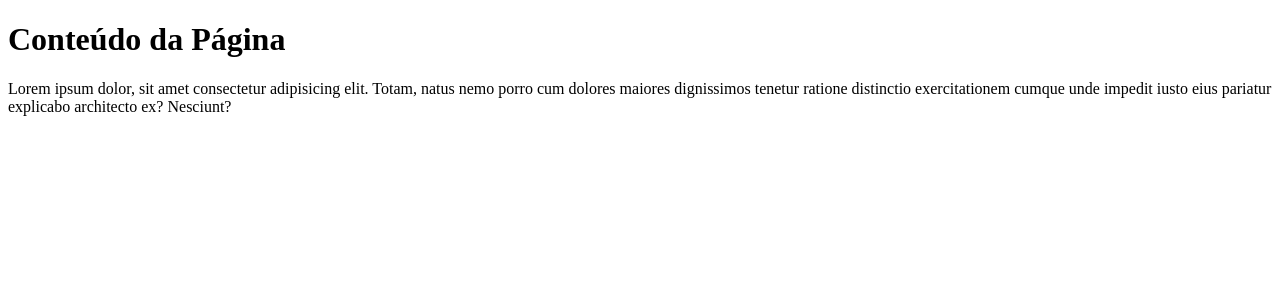
Repository: robsonwssantos/Projeto_Olaria
Page: aula02/index.html
The author's editor kept a copy of each file at every save. The page is drawn from the files as they stood at one save, then again after the next save.
The browser window is 1280 px wide. The pictures show the whole page.

Above is the page before, as saved 2023-04-11 20:12:42.

### aula02/index.html
<!DOCTYPE html>
<html lang="pt-BR">
<head>
    <meta charset="UTF-8">
    <meta http-equiv="X-UA-Compatible" content="IE=edge">
    <meta name="viewport" content="width=device-width, initial-scale=1.0">
    <title>Título da Página</title>
</head>
<body>
    <h1>Conteúdo da Página</h1>
    <p>Lorem ipsum dolor, sit amet consectetur adipisicing elit. Totam, natus nemo porro cum dolores maiores dignissimos tenetur ratione distinctio exercitationem cumque unde impedit iusto eius pariatur explicabo architecto ex? Nesciunt?</p>
</body>
</html>

After the next save:
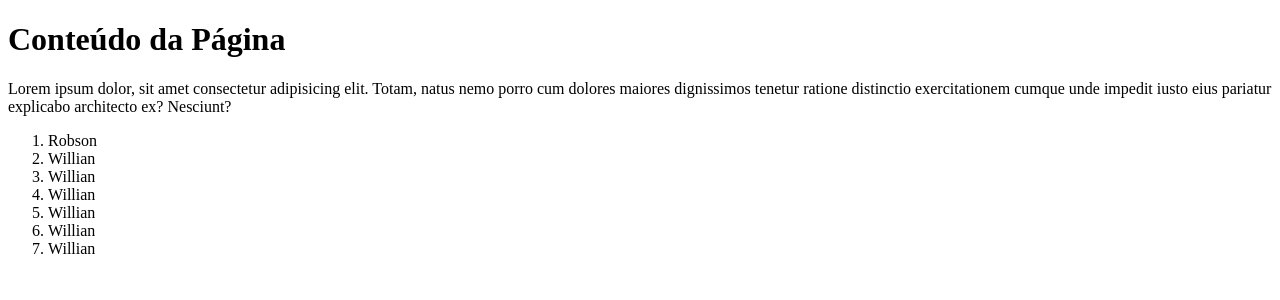
Saved 13 min 37 s later.
--- a/aula02/index.html
+++ b/aula02/index.html
@@ -9,5 +9,14 @@
 <body>
     <h1>Conteúdo da Página</h1>
     <p>Lorem ipsum dolor, sit amet consectetur adipisicing elit. Totam, natus nemo porro cum dolores maiores dignissimos tenetur ratione distinctio exercitationem cumque unde impedit iusto eius pariatur explicabo architecto ex? Nesciunt?</p>
+    <ol>
+        <li>Robson</li>
+        <li>Willian</li>
+        <li>Willian</li>
+        <li>Willian</li>
+        <li>Willian</li>
+        <li>Willian</li>
+        <li>Willian</li>
+    </ol>
 </body>
 </html>
